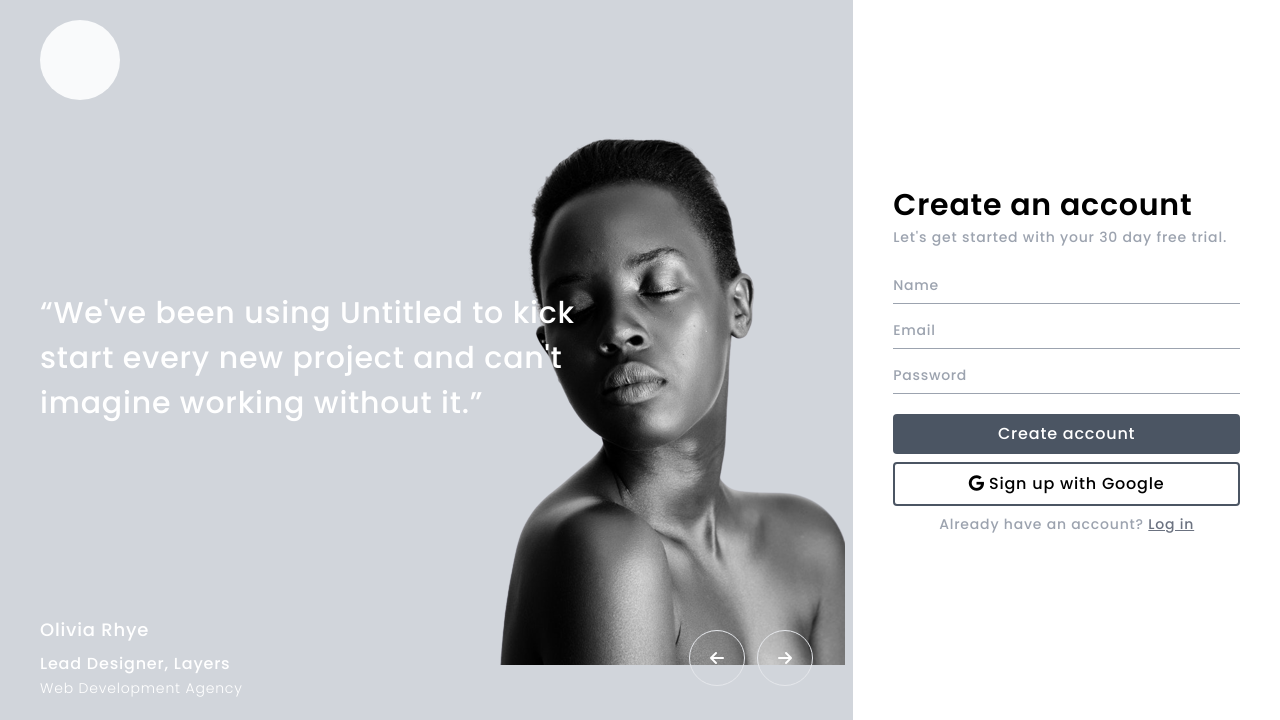
Repository: debthebuilder/youtube-html-contact-form-tailwindcss
Page: contact.html
The author's editor kept a copy of each file at every save. The page is drawn from the files as they stood at one save, then again after the next save.
The browser window is 1280 px wide. The pictures show the whole page.
Some web libraries are served in a nearby version.

Above is the page before, as saved 2022-08-03 06:52:20.

After the next save:
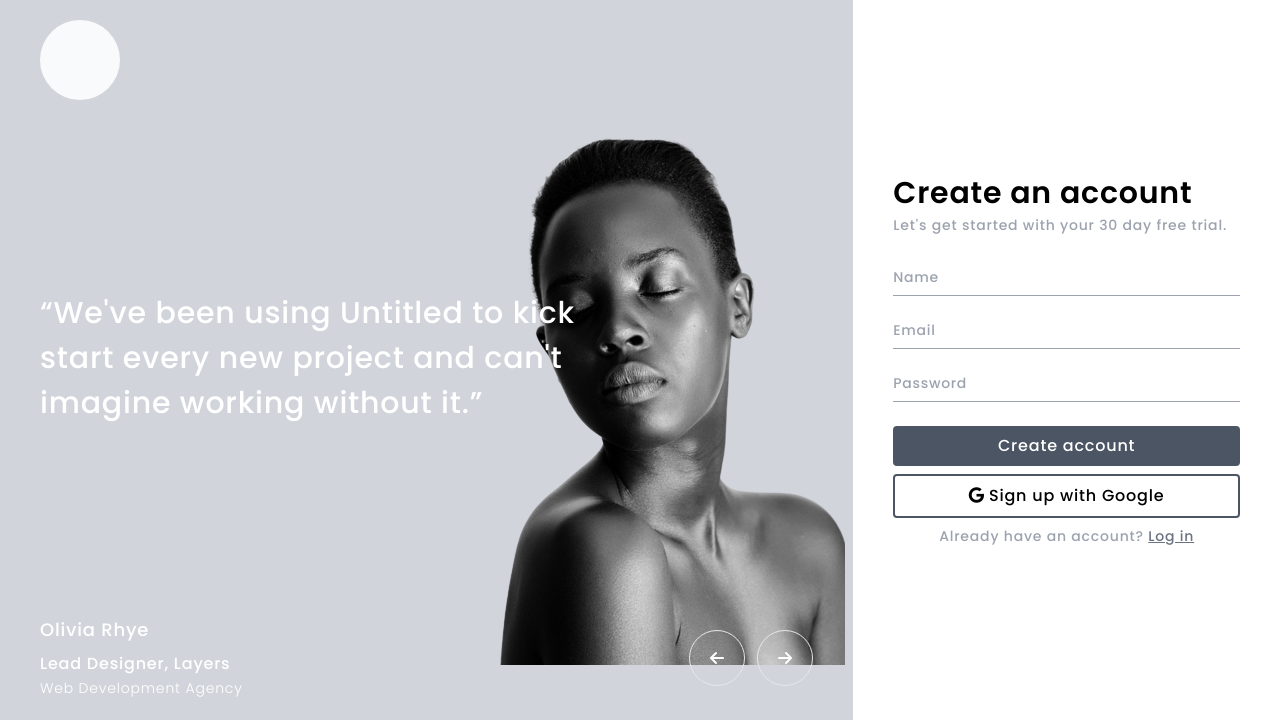
Saved 38 s later.
--- a/contact.html
+++ b/contact.html
@@ -45,9 +45,9 @@
             <h2 class="text-2xl lg:text-3xl font-semibold">Create an account</h2>
             <span class="text-xs md:text-sm text-gray-400 mt-1">Let's get started with your 30 day free trial.</span>
             <form class="mt-5">
-                <input type="text" name="name" placeholder="Name" class="w-full border-b border-gray-400 placeholder:text-gray-400 pb-2  text-sm tracking-wider focus:outline-none focus:border-0 focus:border-b-2 my-2">
-                <input type="email" name="email" placeholder="Email" class="w-full border-b border-gray-400 placeholder:text-gray-400 pb-2  text-sm tracking-wider focus:outline-none focus:border-0 focus:border-b-2 my-2">
-                <input type="password" name="password" placeholder="Password" class="w-full border-b border-gray-400 placeholder:text-gray-400 pb-2  text-sm tracking-wider focus:outline-none focus:border-0 focus:border-b-2 my-2">
+                <input type="text" name="name" placeholder="Name" class="w-full border-b border-gray-400 placeholder:text-gray-400 pb-2  text-sm tracking-wider focus:outline-none focus:border-0 focus:border-b-2 my-3">
+                <input type="email" name="email" placeholder="Email" class="w-full border-b border-gray-400 placeholder:text-gray-400 pb-2  text-sm tracking-wider focus:outline-none focus:border-0 focus:border-b-2 my-3">
+                <input type="password" name="password" placeholder="Password" class="w-full border-b border-gray-400 placeholder:text-gray-400 pb-2  text-sm tracking-wider focus:outline-none focus:border-0 focus:border-b-2 my-3">
                 <div class="mt-3">
                     <button class="block bg-gray-600 w-full py-2 rounded my-2 text-white text-sm md:text-base">Create account</button>
                     <button class="block border-2 border-gray-600  w-full py-2 my-2 rounded text-sm md:text-base"><span class="mr-1"><i class="fa-brands fa-google"></i></span>Sign up with Google</button>
